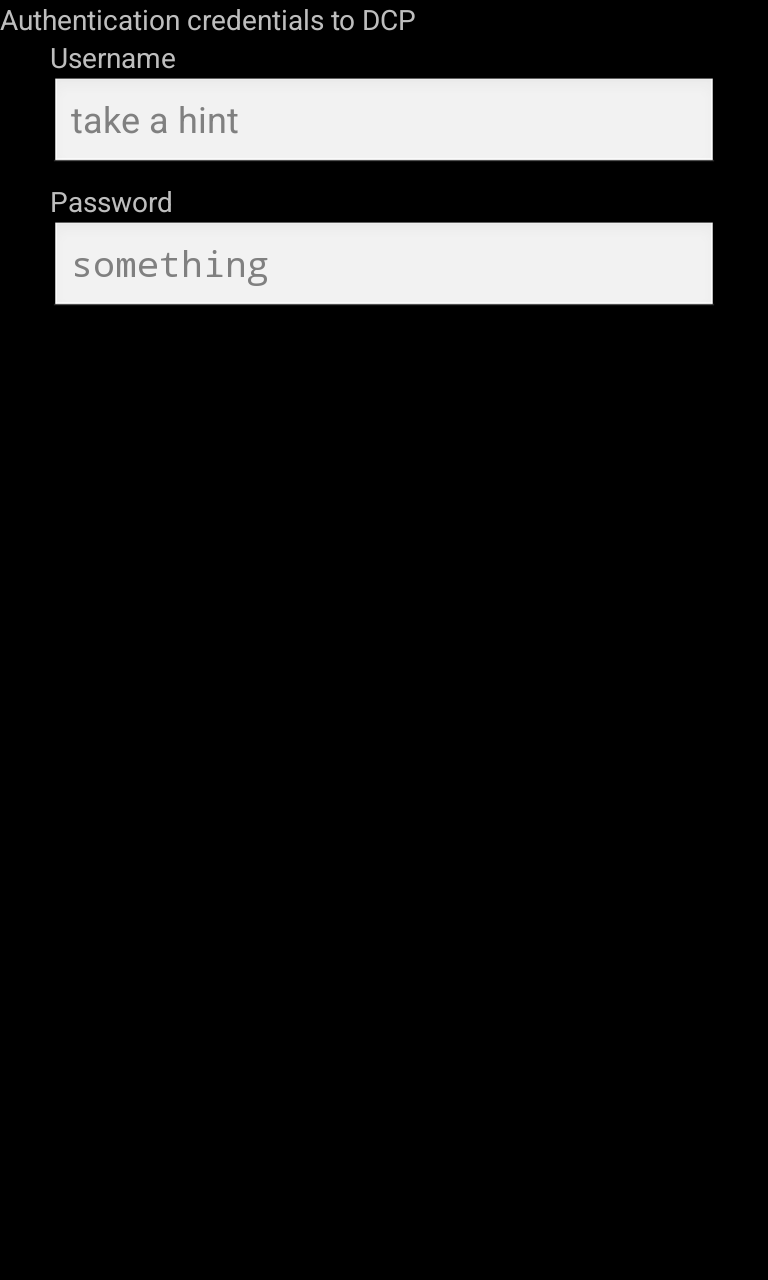
Repository: sergioenriquez/CSTE
Layout: HNAD/res/layout/login.xml
The author's editor kept a copy of each file at every save. The layout is drawn from the files as they stood at one save, then again after the next save.
It is drawn on a 768 x 1280 px phone screen (xhdpi) without system bars, with theme android:Theme.NoTitleBar; the app's code is not run.

Above is the layout before, as saved 2011-12-18 03:08:26.

### HNAD/res/layout/login.xml
<?xml version="1.0" encoding="utf-8"?>
<LinearLayout xmlns:android="http://schemas.android.com/apk/res/android"
    android:orientation="vertical"
    android:layout_width="fill_parent"
    android:layout_height="fill_parent"
    >
    <TextView
    android:layout_width="fill_parent"
    android:layout_height="wrap_content"
    android:text="Authentication credentials to DCP"
    />
<TextView
    android:layout_width="fill_parent"
    android:layout_height="wrap_content"
    android:layout_marginLeft="25dp"
    android:text="Username"
    />
<EditText
        android:id="@+id/authUserLink"
        android:layout_width="match_parent"
        android:layout_height="wrap_content"
        android:layout_marginLeft="25dp"
        android:layout_marginRight="25dp"
        android:layout_marginBottom="5dp"
        android:inputType="text"
        android:singleLine="true"
        android:hint="take a hint" />
<TextView
    android:layout_width="fill_parent"
    android:layout_height="wrap_content"
    android:layout_marginLeft="25dp"
    android:text="Password"
    />
<EditText
        android:id="@+id/authPassword"
        android:layout_width="match_parent"
        android:layout_height="wrap_content"
        android:layout_marginLeft="25dp"
        android:layout_marginRight="25dp"
        android:layout_marginBottom="5dp"
        android:password="true"
        android:singleLine="true"
        android:hint="something" />
</LinearLayout>

After the next save:
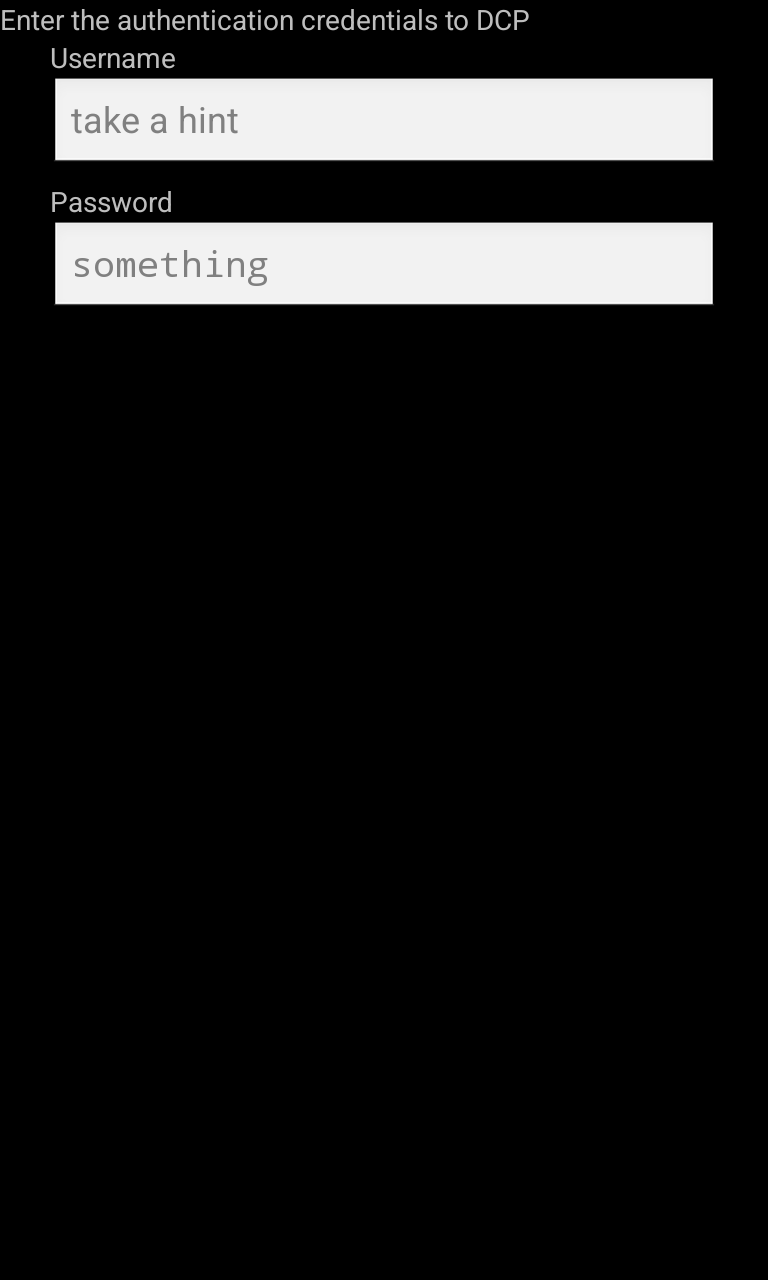
Saved 7 s later.
--- a/HNAD/res/layout/login.xml
+++ b/HNAD/res/layout/login.xml
@@ -7,7 +7,7 @@
     <TextView
     android:layout_width="fill_parent"
     android:layout_height="wrap_content"
-    android:text="Authentication credentials to DCP"
+    android:text="Enter the authentication credentials to DCP"
     />
 <TextView
     android:layout_width="fill_parent"
